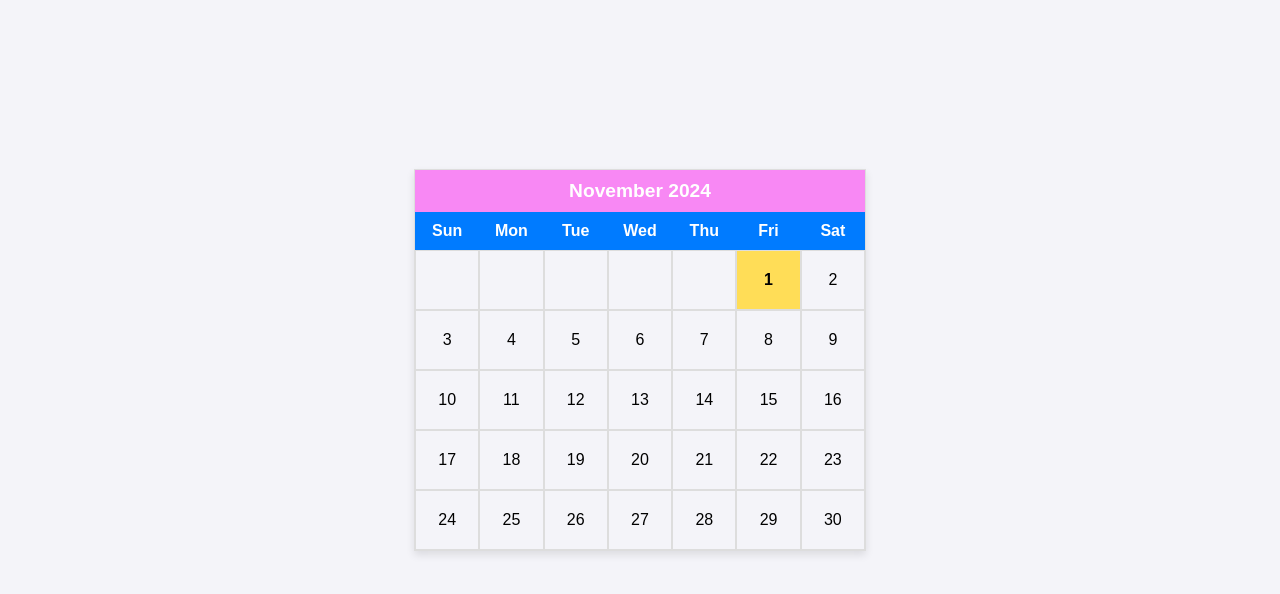
Repository: carrascokarencb37-afk/Nuura
Page: html/calendario.html
An editor plug-in stored every save of this project. The page is shown before and after the next save, followed by the edit.
The browser window is 1280 px wide. The pictures show the whole page.

Above is the page before, as saved 2026-05-28 23:23:32.

After the next save:
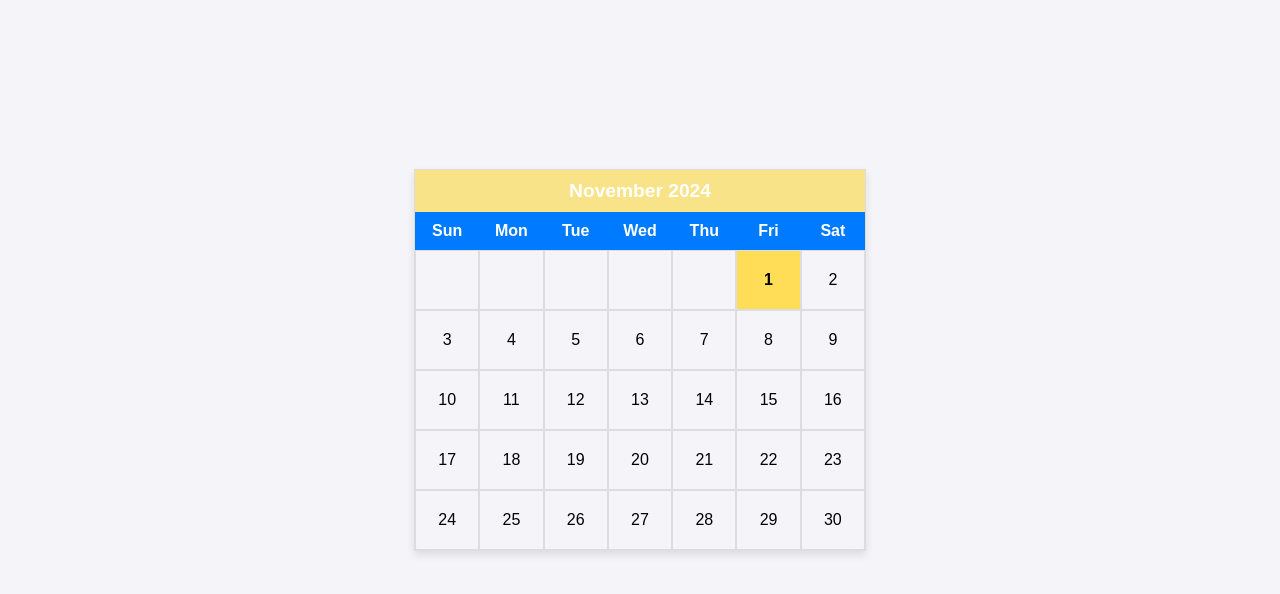
Saved 5 s later.
--- a/css/cale.css
+++ b/css/cale.css
@@ -20,7 +20,7 @@
         /* Calendar header styling */
         .calendar-header {
             text-align: center;
-            background-color: #f888f4;
+            background-color: #f8e388;
             color: white;
             padding: 10px;
             font-size: 1.2em;
